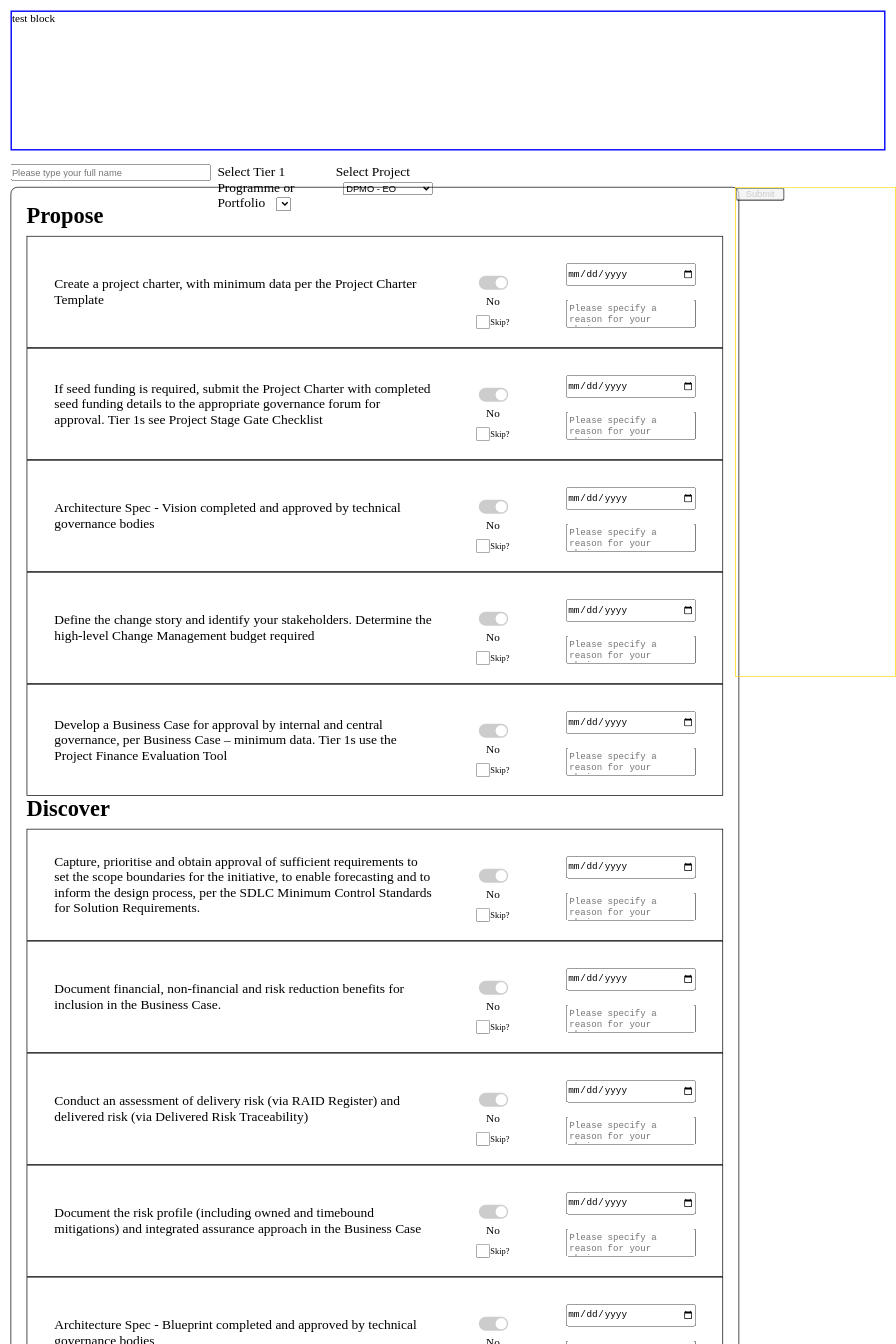
Repository: I-Alpha/JQuery-Html-form
Page: Project-form.html
These files come from the project's save history. The page is drawn as it stood at one moment and after the next save; the edit follows.
The browser window is 1280 px wide. The pictures show the part of the page from y = 0 to 1920 px (the page is 8699 px tall), at 70% of full size.

Above is the page before, as saved 2020-10-27 00:57:04.

### Project-form.html
<!DOCTYPE html>
<html lang="en">

<head>
    <meta charset="UTF-8">
    <meta name="viewport" content="width=device-width, initial-scale=1.0">
    <link rel="preload" type="fetch" id="Excelfile" name="Excelfile" value="QuestionData.xlsx" />
    <script src="https://ajax.googleapis.com/ajax/libs/jquery/3.5.1/jquery.min.js"></script>
    <script src="https://cdnjs.cloudflare.com/ajax/libs/xlsx/0.14.5/xlsx.full.min.js"></script>
    <script src="https://cdnjs.cloudflare.com/ajax/libs/babel-polyfill/6.26.0/polyfill.js"></script>
    <script src="https://cdnjs.cloudflare.com/ajax/libs/xlsx/0.8.0/jszip.js"></script>
    <script src="https://cdnjs.cloudflare.com/ajax/libs/xlsx/0.8.0/xlsx.js"></script>
    <script src="main.js"></script>
    <link rel="stylesheet" href="main.css" />
    </style>
    <title>Document</title>
</head>

<body style=" display:flex; flex-direction: column; padding: 15px">
    <div id="testblock" name="testblock" style="border:2px solid blue; width: 100%; min-height:200px">test block</div>


    <div id="mainwrapper" style="justify-content: center;">
        <div id="preBar" class="container">
            <div id="formControl" class="container">    <input type= "text" id= "fullname" class= "required" placeholder="Please type your full name"></input>
                <label for="selectPorfolio">Select Tier 1 Programme or Portfolio
                    <select name="selectPorfolio" id="selectPorfolio" style=" margin :0 0 0 10px; max-width:8rem;"
                        placeholder="Select Portfolio"></select></label>
                <label for="selectProject">Select Project
                    <select name="selectProject" id="selectProject" style=" margin :0 0 0 10px; max-width:8rem; "
                        placeholder="Select Portfolio"></select></label>
            </div>

        </div>
        <div id="formContainer" class="container">
            <div id="wrapper">
                <form id="form1">

                    <table class="hidden">
                        <tr>
                            <td colspan=4 class="questCol">
                                <label class="questionLabel" for="mainCheck"></label>
                            </td>
                            <td colspan=1 class="inputCol">
                                <span class="inputContainer">
                                    <span class="mainCheckContainer" style=" display:flex; flex-direction: column;">
                                        <label class="switch">
                                            <input class="mainCheck" type="checkbox" checked>
                                            <span class="slider  round"></span>
                                        </label>
                                        <p for="mainCheck" class="mainChoice" data-val="Yes">No</p>
                                    </span>
                                    <span class="skipContainer" style="left : 6px; display:flex; ">
                                        <input class="skipCheck" type="checkbox">
                                        <p class="skipChoice">Skip?</p>
                                    </span>

                                </span>
                            </td>
                            <td colspan=2 class="altCol">
                                <input type="date" min="getDate()">
                                <textarea type="text"
                                    placeholder="Please specify a reason for your choice...."></textarea>
                            </td>
                        </tr>
                    </table>

                </form>
            </div><div></div>
            <div id= "progressBar"  style ="border : 1px solid gold ; width :230px; right: 0;  position: fixed; height: 700px">
            <button style="order:1; margin:0;" class = "disabled"id="submitbtn" type="submit" form="form1" value="Submit">Submit</button>
        </div>
        </div>

    </div>

</body>

</html>

### main.css

    * {
        box-sizing: border-box;
        margin: 0;
        padding: 0;
        color: black;

    }

    html {
        width: 100%;
        height: 100%;

    }


    label{
        font-size:.9rem;
       }

    body {
        width: 100%;
        height: 100%;
        display: flex;
        position: relative;
        flex-direction: column;
    }

    .hidden{
    display:none;
    visibility: none;
    opacity: 0;
   position:absolute;
    }
    .center {

        text-align: center;
    }

    .container {
        display: flex;
        position: relative;
    }


    h1 {
        margin-bottom: 10px;
    }

    #wrapper {
        border: solid 1px black;
        border-radius: 10px;
        padding: 20px;
        margin-bottom: 10px;

    }

    #mainwrapper{
        max-width: 98%;
    }
    p {
        color: black;
        font-size: 1rem;
        height: auto;
        width: auto;
    }

 .disabled{
     opacity: 60%;
     color:darkgray;
     pointer-events: none;
 }
  form{
      width:100%;
      height : auto;
  }

    .skipContainer {
        position: relative;
        align-items: center;
        left: 0;
        display: flex;
        margin-top: 10px;
    }

    .skipCheck {
        width: 20px;
        height: 20px;

    }

    .skipChoice {font-size: 12px;}


    .skipChoice,
    .skipCheck {
        position: relative;
        left: -10px;
    }

    /* slider */
    .switch {
        position: relative;
        display: inline-block;
        width: 42px;
        height: 20px;
    }

    .switch input {
        opacity: 0;
        width: 0;
        height: 0;
    }

    .slider {
        position: absolute;
        cursor: pointer;
        top: 0;
        left: 0;
        right: 0;
        bottom: 0;
        background-color: #ccc;
        -webkit-transition: .4s;
        transition: .4s;
    }

    .slider:before {
        position: absolute;
        content: "";
        height: 16px;
        width: 16px;
        right:2px;
        bottom: 2px;
        background-color: white;
        -webkit-transition: .4s;
        transition: .4s;
    }

    .mainCheck:checked+.slider {
        background-color: #2196F3;
    }

    .mainCheck:focus+.slider {
        box-shadow: 0 0 1px #2196F3;
    }

    .mainCheck:checked+.slider:before {
        -webkit-transform: translateX(-23px);
        -ms-transform: translateX(-23px);
        transform: translateX(-23px);
    }

    /* Rounded sliders */
    .slider.round {
        border-radius: 34px;
    }

    .slider.round:before {
        border-radius: 50%;
    }

    /*end of slider section*/

    button {
        margin: 10px;
        width: 70px;
        border-radius: 4px;
    }

    td {
         display: flex;
         flex-direction: column;
    }
    td > *{
         padding : 5px 0;
    }


    tr{
        height:10rem;   border: 1px solid black;
        border-collapse: collapse;
}

tr::after{
    border: 1px solid green;
    height:1px;
    content: :" ";
    width: 100%;
    position: relative;
    display: block;
}

td.inputContainer {
    display: inline-block;
    height:100%;
}

td.inputCol{
    display:flex;
    position: relative;
    text-align: center;
    align-items:center;
    min-height:100%;

}

  .questCol textarea{

   padding:  2px  3px;
   display: block;
   position: relative;
   min-width: 95%;
}



/* iPads (portrait and landscape) ----------- */
@media only screen
and (min-device-width : 768px)
and (max-device-width : 1024px) {
/* Styles */
}

/* iPads (landscape) ----------- */
@media only screen
and (min-device-width : 768px)
and (max-device-width : 1024px)
and (orientation : landscape) {
/* Styles */
}

/* iPads (portrait) ----------- */
@media only screen
and (min-device-width : 768px)
and (max-device-width : 1024px)
and (orientation : portrait) {
/* Styles */
}

/* Desktops and laptops ----------- */
@media only screen
and (min-width : 1224px) {
/* Styles */

 label {
     font-size: 1.2rem;
 }

#wrapper{
     min-width: 85%;
     height:auto;
    }

    .inputContainer{

        position: relative;
        top:15px;
     }

    td.inputCol{
        position: absolute;
        vertical-align: middle;


    }

    td {
        position: relative;
        justify-content: center;
        padding:10px 15px;}

    .questCol{
        position: relative;
        padding-right: 5px;
        max-width:35rem;
    }

    td.altCol{
        position: relative;
        height: 100%;
    }
     textarea{
        resize: none;
        display: block;
        font-size: 13px;
        text-align: start;
        align-content: flex-start;
         width:100%;
         top:10px;
         position: relative;
         margin-top:10px;
         padding: 4px 4px;
         align-items: flex-start;
    }

     td.altCol input {
         width:100%;
     }

    tr{
        display: flex;
        flex-direction: row;
        border: 1px solid black;
        border-collapse: collapse;
        justify-content: space-around;

    }


  #preBar{
   display: grid;
    flex-direction: row;
   grid-template-columns: 1fr 1fr  ;

   margin : 10px 0;
  }


  #preBar div{
 display: flex;
 height:2rem;

  }

  #radioBtnBox label{
    margin: 0 20px;
  }

  #radioBtnBox label input{
    margin: 0 10px;
  }
  #radioBtnBox{
    margin-left:90px;
    border:1px solid black;
    padding: 10px 0;
}

#formControl select{

    margin: 0px 10px 0  0;
}
#formControl label{
   margin:10px;
    align-items:center;

}

 #fullname{
     position: relative;
     max-height:1.5rem;
     bottom:-9.2px;
     width: 100%;

    }

#form1 {


    position: relative;
display: flex;
flex-direction: column;
}

table{
    width:100%;
}


.mainChoice {
    display: flex;
    margin-top: 8px;
    left:10px;
    position: relative;
}

#formContainer{


}

td.inputContainer {
    display: inline-block;
    height:100%;
}

td.inputCol{
    display:flex;
    position: relative;
    vertical-align: middle;
    text-align: center;
    align-items:center;
    min-height:100%;

}
}

/* Large screens ----------- */
@media only screen
and (min-width : 1824px) {
/* Styles */
}

/* iPhone 4 ----------- */
@media
only screen and (-webkit-min-device-pixel-ratio : 1.5),
only screen and (min-device-pixel-ratio : 1.5) {
/* Styles */
}

Loaded but not shown: main.js (514 lines, source omitted)

After the next save:
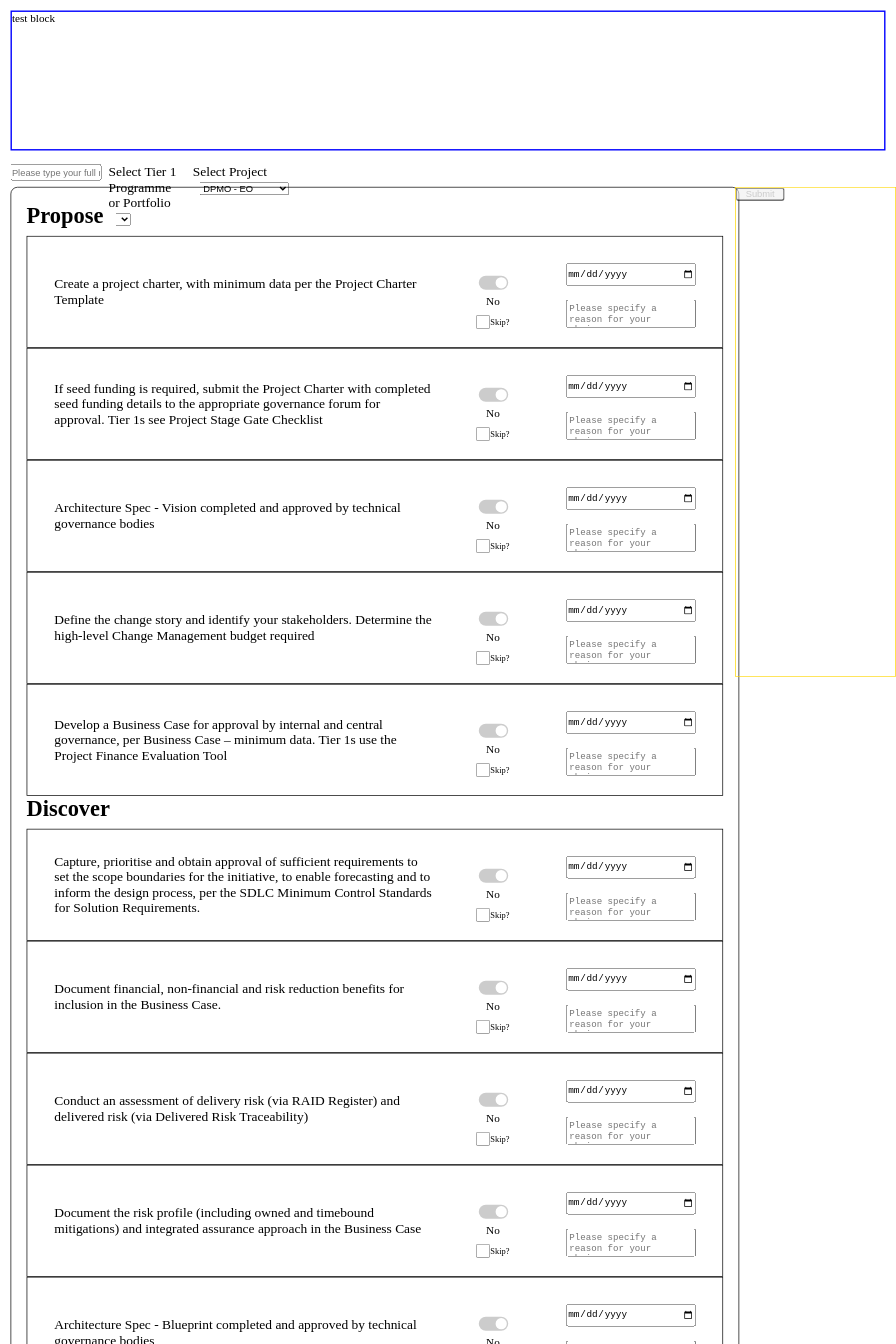
Saved 12 s later.
--- a/main.css
+++ b/main.css
@@ -310,7 +310,7 @@ and (min-width : 1224px) {
   #preBar{
    display: grid;
     flex-direction: row;
-   grid-template-columns: 1fr 1fr  ;
+   grid-template-columns: 1fr 2fr  ;
 
    margin : 10px 0;
   }
